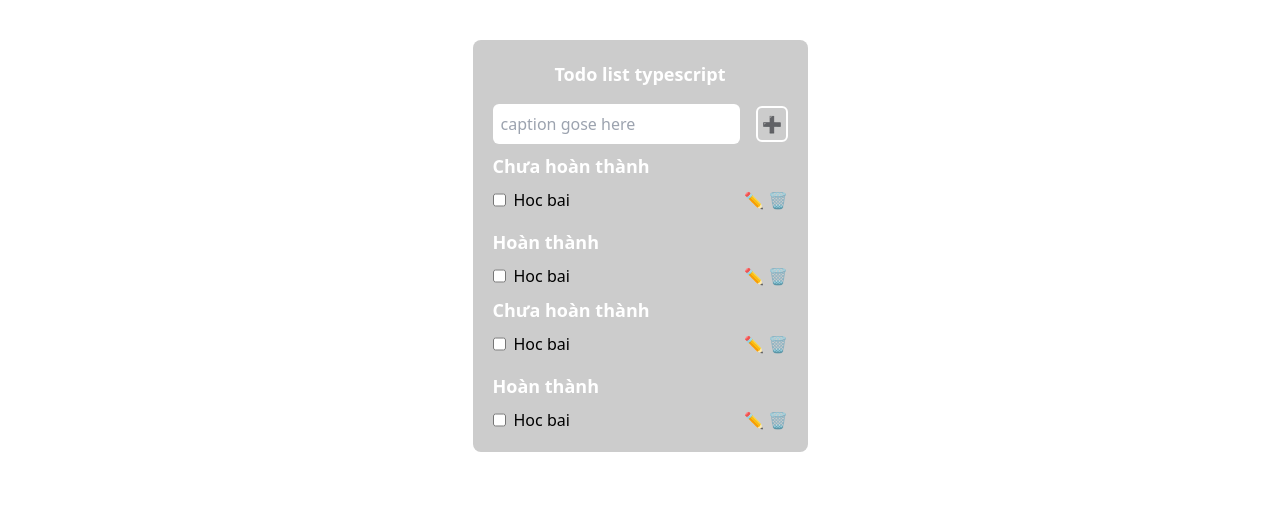
Repository: VIET-TU/react-super-main
Page: / (app in todolist-mybuild/)
The author's editor kept a copy of each file at every save. The page is drawn from the files as they stood at one save, then again after the next save.
The browser window is 1280 px wide. The pictures show the whole page.
The project was rebuilt for these pictures with package versions that can differ from the ones it lists, and the page was loaded fresh each time. Also part of the build but not shown: todolist-mybuild/vite.config.ts.

Above is the page before, as saved 2023-05-16 07:06:40.

### todolist-mybuild/src/App.tsx
import TodoList from './components/TodoLists'

function App() {
  return (
    <>
      <TodoList></TodoList>
    </>
  )
}

export default App

### todolist-mybuild/src/index.css
@tailwind base;
@tailwind components;
@tailwind utilities;

css *,
*:before,
*:after {
  box-sizing: border-box;
}
* {
  margin: 0;
  padding: 0;
}

input,
select,
textarea {
  outline: none;
}
button {
  outline: none;
}

### todolist-mybuild/src/components/TodoLists/index.ts
import TodoList from './TodoList'

export default TodoList

### todolist-mybuild/src/components/TodoLists/TodoList.tsx
import { Todo } from '../../@types/todos.types'
import TaskInput from '../TaskInput'
import TaskList from '../TaskList'
import { useEffect, useState } from 'react'

const TodoList = () => {
  const [todos, setTodos] = useState<Todo[]>([])
  const [currentTodo, setCurrentTodo] = useState<Todo | null>(null)
  const doneTodos = todos.filter((todo) => todo.done)
  const notdoneTodos = todos.filter((todo) => !todo.done)

  useEffect(() => {
    const todosString = localStorage.getItem('todos')
    const todosObj: Todo[] = JSON.parse(todosString || '[]')
    setTodos(todosObj)
  }, [])

  const addTodo = (name: string): void => {
    const todo: Todo = {
      name,
      done: false,
      id: new Date().toISOString()
    }
    setTodos((pre) => [...pre, todo])
    const todosString = localStorage.getItem('todos')
    const todosObj: Todo[] = JSON.parse(todosString || '[]')
    const newTodoObj = [...todosObj, todo]
    localStorage.setItem('todos', JSON.stringify(newTodoObj))
  }

  const handleDoneTodo = (id: string, done: boolean) => {
    setTodos((prev) => {
      return prev.map((todo) => {
        if (todo.id === id) {
          return { ...todo, done }
        }
        return todo
      })
    })
  }

  const startEditTodo = (id: string) => {
    const findedTodo = todos.find((todo) => todo.id === id)
    if (findedTodo) {
      setCurrentTodo(findedTodo)
    }
  }

  const editTodo = (name: string) => {
    setCurrentTodo((prev) => {
      if (prev) {
        return { ...prev, name }
      }
      return prev
    })
  }

  const finishEditTodo = () => {
    setTodos((prev) => {
      return prev.map((todo) => {
        if (todo.id === (currentTodo as Todo).id) {
          return currentTodo as Todo
        }
        return todo
      })
    })
    setCurrentTodo(null)
  }

  const deleteTodo = (id: string) => {
    if (currentTodo) {
      setCurrentTodo(null)
    }

    setTodos((prev) => {
      const findedIndexTodo = prev.findIndex((todo) => todo.id === id)
      if (findedIndexTodo > -1) {
        const result = [...prev]
        result.splice(findedIndexTodo, 1) // delete 1 elem in array
        return result
      }
      return prev
    })
  }

  return (
    <div className='p-[20px] rounded-lg bg-[#ccc] max-w-max mx-auto my-10'>
      <TaskInput
        editTodo={editTodo}
        addTodo={addTodo}
        currentTodo={currentTodo}
        finishEditTodo={finishEditTodo}
      ></TaskInput>
      <TaskList
        handleDoneTodo={handleDoneTodo}
        todos={notdoneTodos}
        doneTaskList={false}
        startEditTodo={startEditTodo}
        deleteTodo={deleteTodo}
      />
      <TaskList
        handleDoneTodo={handleDoneTodo}
        todos={doneTodos}
        doneTaskList={true}
        startEditTodo={startEditTodo}
        deleteTodo={deleteTodo}
      />
    </div>
  )
}

export default TodoList

### todolist-mybuild/src/components/TaskInput/index.ts
import TaskInput from './TaskInput'

export default TaskInput

### todolist-mybuild/src/components/TaskInput/TaskInput.tsx
import React from 'react'

const TaskInput = () => {
  return (
    <div className='mb-2'>
      <h1 className='mb-4 text-lg font-bold text-white text-[20px] text-center'>Todo list typescript</h1>
      <form placeholder='enter your text'>
        <input className='p-2 mr-4 rounded-md outline-0' type='text' placeholder='caption gose here' />
        <button type='submit' className='p-1 border-2 border-white rounded-md'>
          ➕
        </button>
      </form>
    </div>
  )
}

export default TaskInput

### todolist-mybuild/src/components/TaskList/TaskList.tsx
import React from 'react'

const TaskList = () => {
  return (
    <div className='mt-2'>
      <div className='mb-4 unfinish'>
        <h2 className='mb-2 text-lg font-bold text-white text-[20px]'>Chưa hoàn thành</h2>
        <div className='tasks '>
          <div className='flex justify-between task'>
            <div className='flex gap-2'>
              <input type='checkbox' name='' id=' ' />
              <span>Hoc bai</span>
            </div>
            <div className='flex gap-1'>
              <button>✏️</button>
              <button>🗑️</button>
            </div>
          </div>
        </div>
      </div>
      <div className='finish'>
        <h2 className='mb-2 text-lg font-bold text-white text-[20px]'>Hoàn thành</h2>
        <div className='tasks '>
          <div className='flex justify-between task'>
            <div className='flex gap-2'>
              <input type='checkbox' name='' id=' ' />
              <span>Hoc bai</span>
            </div>
            <div className='flex gap-1'>
              <button>✏️</button>
              <button>🗑️</button>
            </div>
          </div>
        </div>
      </div>
    </div>
  )
}

export default TaskList

Loaded but not shown: todolist-mybuild/index.html (common file); todolist-mybuild/src/main.tsx (common file); todolist-mybuild/src/components/TaskList/index.ts (common file); todolist-mybuild/tailwind.config.js (common file)

After the next save:
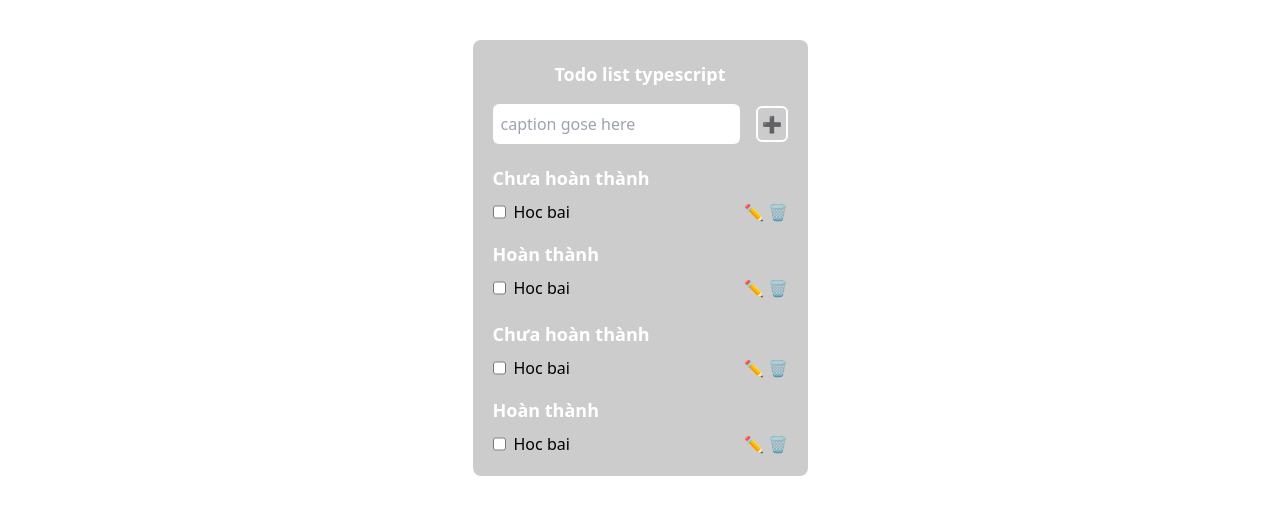
Saved 6 s later.
--- a/todolist-mybuild/src/components/TaskList/TaskList.tsx
+++ b/todolist-mybuild/src/components/TaskList/TaskList.tsx
@@ -2,7 +2,7 @@ import React from 'react'
 
 const TaskList = () => {
   return (
-    <div className='mt-2'>
+    <div className='mt-5'>
       <div className='mb-4 unfinish'>
         <h2 className='mb-2 text-lg font-bold text-white text-[20px]'>Chưa hoàn thành</h2>
         <div className='tasks '>
